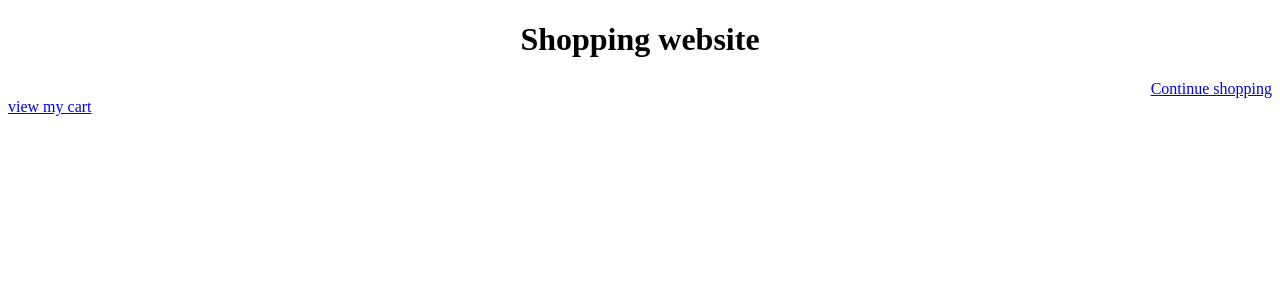
Repository: balu-sadanandan/demo-Shopping-cart-application
Page: http://localhost/shopping-cart/proddesc.jsp
These files come from the project's save history. The page is drawn as it stood at one moment and after the next save; the edit follows.
The browser window is 1280 px wide. The pictures show the whole page.
The page is served by Tomcat 9.

Above is the page before, as saved 2017-09-19 04:30:28.

After the next save:
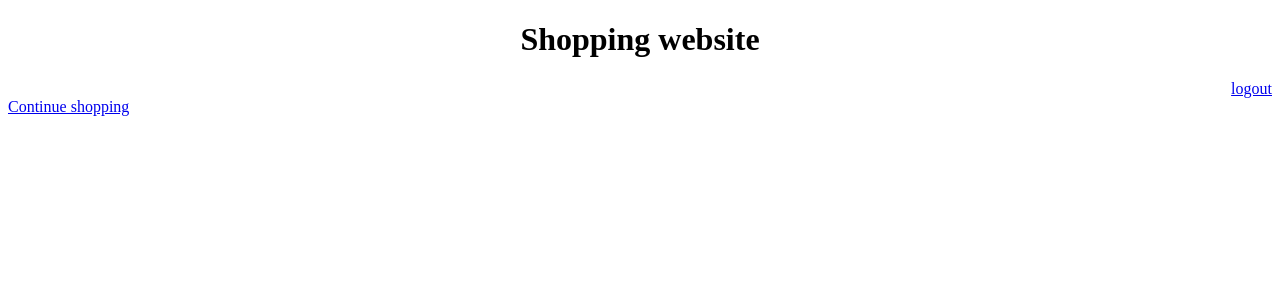
Saved 41 s later.
--- a/shopping-cart/WebContent/proddesc.jsp
+++ b/shopping-cart/WebContent/proddesc.jsp
@@ -11,11 +11,11 @@
         <h1>Shopping website</h1>
     </center>
     <div align="right">
-    <a href="listp">Continue shopping</a>
+    <a href="logout">logout</a>
 
 </div>
    <div align="left">
-    <a href="lcart">view my cart</a>
+    <a href="listp">Continue shopping</a>
 
 </div>
 
